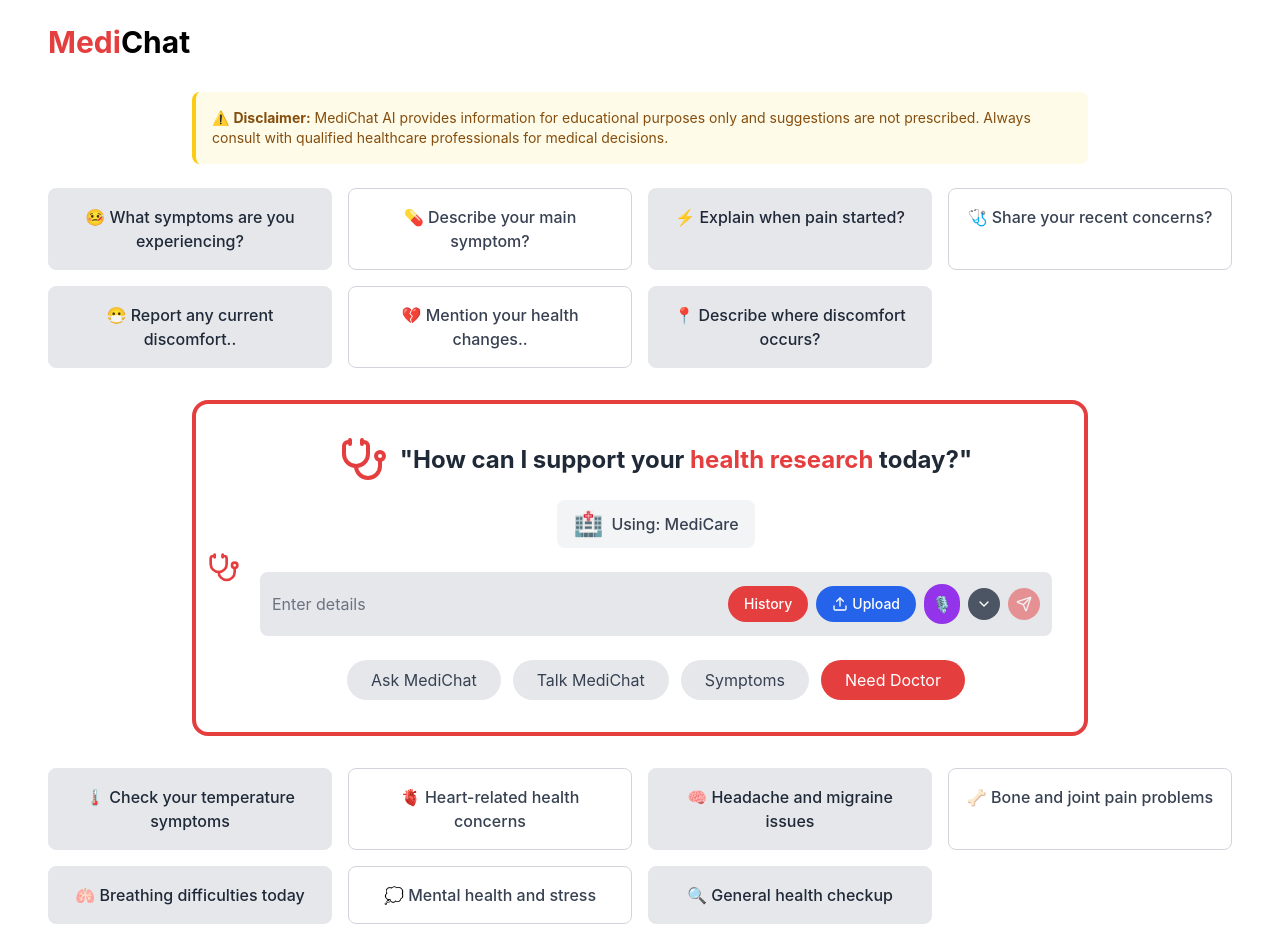
Repository: KarthikBalaji-007/telemedicine-frontend
Page: / (app in vit_v2/medichat-frontend/)
An editor plug-in stored every save of this project. The page is shown before and after the next save, followed by the edit.
The browser window is 1280 px wide. The pictures show the whole page.
The project was rebuilt for these pictures with package versions that can differ from the ones it lists, and the page was loaded fresh each time. Some packages were replaced by stand-ins written for this rebuild. Also part of the build but not shown: vit_v2/medichat-frontend/src/components/ChatInterface.jsx, vit_v2/medichat-frontend/src/components/DiagnosisResult.jsx, vit_v2/medichat-frontend/src/components/History.jsx, vit_v2/medichat-frontend/src/components/VoiceToggle.jsx, vit_v2/medichat-frontend/src/components/NeedDoctor.jsx.

Above is the page before, as saved 2025-08-14 07:54:05.

### vit_v2/medichat-frontend/src/index.css
@tailwind base;
@tailwind components;
@tailwind utilities;

* {
  margin: 0;
  padding: 0;
  box-sizing: border-box;
}

html, body {
  width: 100%;
  height: 100%;
  margin: 0;
  padding: 0;
  font-family: -apple-system, BlinkMacSystemFont, 'Segoe UI', 'Roboto', 'Oxygen',
    'Ubuntu', 'Cantarell', 'Fira Sans', 'Droid Sans', 'Helvetica Neue',
    sans-serif;
  -webkit-font-smoothing: antialiased;
  -moz-osx-font-smoothing: grayscale;
}

#root {
  width: 100%;
  height: 100%;
  margin: 0;
  padding: 0;
}

.App {
  width: 100%;
  min-height: 100vh;
  margin: 0;
  padding: 0;
}

### vit_v2/medichat-frontend/src/App.js
import React from 'react';
import { BrowserRouter as Router, Routes, Route } from 'react-router-dom';
import HomePage from './components/HomePage';
import ChatInterface from './components/ChatInterface';
import DiagnosisResult from './components/DiagnosisResult';
import History from './components/History';
import VoiceToggle from './components/VoiceToggle';
import NeedDoctor from './components/NeedDoctor';

function App() {
  return (
    <Router>
      <div className="App min-h-screen bg-gray-50">
        <Routes>
          <Route path="/" element={<HomePage />} />
          <Route path="/chat" element={<ChatInterface />} />
          <Route path="/diagnosis" element={<DiagnosisResult />} />
          <Route path="/history" element={<History />} />
          <Route path="/voice" element={<VoiceToggle />} />
          <Route path="/need-doctor" element={<NeedDoctor />} />
        </Routes>
      </div>
    </Router>
  );
}

export default App;

### vit_v2/medichat-frontend/src/components/HomePage.jsx
import React, { useState } from 'react';
import { useNavigate } from 'react-router-dom';
import { Stethoscope, Send, Upload, Plus, X, UserCheck, ChevronDown, Brain, Heart, Check } from 'lucide-react';

const HomePage = () => {
  const navigate = useNavigate();
  const [problemText, setProblemText] = useState('');
  const [showModelSelector, setShowModelSelector] = useState(false);
  const [selectedModel, setSelectedModel] = useState('MediCare');

  const symptomCards = [
    "🤒 What symptoms are you experiencing?",
    "💊 Describe your main symptom?",
    "⚡ Explain when pain started?",
    "🩺 Share your recent concerns?",
    "😷 Report any current discomfort..",
    "💔 Mention your health changes..",
    "📍 Describe where discomfort occurs?"
  ];

  const bottomCards = [
    "🌡️ Check your temperature symptoms",
    "🫀 Heart-related health concerns",
    "🧠 Headache and migraine issues",
    "🦴 Bone and joint pain problems",
    "🫁 Breathing difficulties today",
    "💭 Mental health and stress",
    "🔍 General health checkup"
  ];

  // Model options similar to ChatGPT
  const modelOptions = [
    {
      id: 'medicare',
      name: 'MediCare',
      description: 'Advanced medical diagnosis and treatment recommendations',
      icon: '🏥',
      color: 'text-blue-600',
      features: ['Medical Diagnosis', 'Treatment Plans', 'Drug Interactions', 'Emergency Care']
    },
    {
      id: 'mindcare',
      name: 'MindCare',
      description: 'Mental health support and psychological wellness',
      icon: '🧠',
      color: 'text-purple-600',
      features: ['Mental Health', 'Therapy Support', 'Stress Management', 'Wellness Tips']
    },
    {
      id: 'eldercare',
      name: 'ElderCare',
      description: 'Specialized care for seniors and elderly patients',
      icon: '👴',
      color: 'text-green-600',
      features: ['Senior Health', 'Chronic Conditions', 'Medication Management', 'Mobility Support']
    },
    {
      id: 'childcare',
      name: 'ChildCare',
      description: 'Pediatric healthcare for children and infants',
      icon: '👶',
      color: 'text-pink-600',
      features: ['Pediatric Care', 'Growth Tracking', 'Vaccination', 'Child Development']
    }
  ];

  const handleCardClick = (symptom) => {
    navigate('/chat', { state: { initialSymptom: symptom, selectedModel } });
  };

  const handleProblemSubmit = (e) => {
    e.preventDefault();
    if (problemText.trim()) {
      navigate('/chat', { state: { initialSymptom: problemText, selectedModel } });
    }
  };

  // Handle file upload functionality
  const handleFileUpload = (event) => {
    const file = event.target.files[0];
    if (file) {
      const fileType = file.type.includes('image') ? 'medical image' : 'medical report';
      const uploadMessage = `I have uploaded a ${fileType}: ${file.name}. Please analyze this file and provide medical insights.`;

      // Navigate to chat with file information
      navigate('/chat', {
        state: {
          initialSymptom: uploadMessage,
          uploadedFile: file,
          selectedModel
        }
      });
    }
  };

  const toggleModelSelector = () => {
    setShowModelSelector(!showModelSelector);
  };

  const selectModel = (modelId, modelName) => {
    setSelectedModel(modelName);
    setShowModelSelector(false);
  };

  const getCurrentModelInfo = () => {
    return modelOptions.find(model => model.name === selectedModel) || modelOptions[0];
  };

  return (
    <div className="min-h-screen bg-white">
      <div className="w-full px-4 sm:px-6 lg:px-8 xl:px-12 py-6">
        {/* Header */}
        <div className="flex items-center mb-8">
          <h1 className="text-3xl font-bold">
            <span className="text-medical-red">Medi</span>
            <span className="text-black">Chat</span>
          </h1>
        </div>

        {/* Disclaimer Banner */}
        <div className="w-full max-w-4xl mx-auto mb-6">
          <div className="bg-yellow-50 border-l-4 border-yellow-400 p-4 rounded-lg">
            <p className="text-yellow-800 text-sm">
              ⚠️ <strong>Disclaimer:</strong> MediChat AI provides information for educational purposes only and suggestions are not prescribed. Always consult with qualified healthcare professionals for medical decisions.
            </p>
          </div>
        </div>

        {/* Top Symptom Cards Grid */}
        <div className="grid grid-cols-1 md:grid-cols-2 lg:grid-cols-4 gap-4 mb-8">
          {symptomCards.map((symptom, index) => (
            <div
              key={index}
              onClick={() => handleCardClick(symptom)}
              className={`p-4 rounded-lg border cursor-pointer transition-all hover:shadow-md ${
                index % 2 === 0
                  ? 'bg-gray-200 text-gray-800'
                  : 'bg-white border-gray-300 text-gray-700'
              }`}
            >
              <p className="text-center font-medium">{symptom}</p>
            </div>
          ))}
        </div>

        {/* Center Content - With Upload Button */}
        <div className="w-full max-w-4xl mx-auto mb-8">
          <div className="relative">
            <Stethoscope className="absolute left-4 top-1/2 transform -translate-y-1/2 text-medical-red w-8 h-8 z-10" />
            <div className="border-4 border-medical-red rounded-2xl bg-white p-8 pl-16">
              {/* Center Content */}
              <div className="text-center">
                <div className="flex items-center justify-center mb-4">
                  <Stethoscope className="text-medical-red w-12 h-12 mr-3" />
                  <h2 className="text-2xl font-bold text-gray-800">
                    "How can I support your{' '}
                    <span className="text-medical-red">health research</span>{' '}
                    today?"
                  </h2>
                </div>

                {/* Model Selector Display */}
                <div className="mb-4 flex items-center justify-center">
                  <div className="bg-gray-100 rounded-lg px-4 py-2 flex items-center">
                    <span className="text-2xl mr-2">{getCurrentModelInfo().icon}</span>
                    <span className="font-medium text-gray-700">Using: {selectedModel}</span>
                  </div>
                </div>

                {/* Input Section with Model Selector */}
                <form onSubmit={handleProblemSubmit} className="mt-6">
                  <div className="flex items-center bg-gray-200 rounded-lg p-3">
                    <input
                      type="text"
                      value={problemText}
                      onChange={(e) => setProblemText(e.target.value)}
                      placeholder="Enter details"
                      className="flex-1 bg-transparent outline-none text-gray-700 placeholder-gray-500"
                    />
                    <div className="flex items-center space-x-2 ml-4">
                      <button
                        type="button"
                        onClick={() => navigate('/history')}
                        className="bg-medical-red text-white px-4 py-2 rounded-full text-sm font-medium"
                      >
                        History
                      </button>

                      {/* Upload Button */}
                      <label className="bg-blue-600 text-white px-4 py-2 rounded-full text-sm font-medium cursor-pointer hover:bg-blue-700 transition-colors flex items-center">
                        <Upload className="w-4 h-4 mr-1" />
                        Upload
                        <input
                          type="file"
                          accept="image/*,.pdf,.doc,.docx,.txt"
                          onChange={handleFileUpload}
                          className="hidden"
                        />
                      </label>

                      {/* Voice Button */}
                      <button
                        type="button"
                        onClick={() => navigate('/voice')}
                        className="bg-purple-600 text-white p-2 rounded-full hover:bg-purple-700 transition-colors"
                        title="Voice Chat"
                      >
                        🎙️
                      </button>

                      {/* MODEL SELECTOR BUTTON - ChatGPT Style */}
                      <div className="relative">
                        <button
                          type="button"
                          onClick={toggleModelSelector}
                          className="bg-gray-600 text-white p-2 rounded-full hover:bg-gray-700 transition-colors flex items-center"
                          title="Select AI Model"
                        >
                          <ChevronDown className={`w-4 h-4 transition-transform ${showModelSelector ? 'rotate-180' : ''}`} />
                        </button>

                        {/* MODEL SELECTOR DROPDOWN - ChatGPT Style */}
                        {showModelSelector && (
                          <div className="absolute bottom-full mb-2 right-0 w-80 bg-white border border-gray-200 rounded-lg shadow-xl z-50 animate-slideUp">
                            <div className="p-4 border-b border-gray-200">
                              <h3 className="font-semibold text-gray-800 flex items-center">
                                <Brain className="w-5 h-5 mr-2 text-medical-red" />
                                Choose AI Model
                              </h3>
                              <p className="text-sm text-gray-600 mt-1">Select the best AI model for your health needs</p>
                            </div>

                            <div className="max-h-96 overflow-y-auto">
                              {modelOptions.map((model) => (
                                <div
                                  key={model.id}
                                  onClick={() => selectModel(model.id, model.name)}
                                  className="p-4 hover:bg-gray-50 cursor-pointer border-b border-gray-100 last:border-b-0 transition-colors"
                                >
                                  <div className="flex items-start">
                                    <div className="text-2xl mr-3 mt-1">{model.icon}</div>
                                    <div className="flex-1">
                                      <div className="flex items-center justify-between">
                                        <h4 className={`font-semibold ${model.color}`}>{model.name}</h4>
                                        {selectedModel === model.name && (
                                          <Check className="w-5 h-5 text-green-600" />
                                        )}
                                      </div>
                                      <p className="text-sm text-gray-600 mb-2">{model.description}</p>
                                      <div className="flex flex-wrap gap-1">
                                        {model.features.map((feature, index) => (
                                          <span
                                            key={index}
                                            className="text-xs bg-gray-100 text-gray-600 px-2 py-1 rounded-full"
                                          >
                                            {feature}
                                          </span>
                                        ))}
                                      </div>
                                    </div>
                                  </div>
                                </div>
                              ))}
                            </div>
                          </div>
                        )}
                      </div>

                      <button
                        type="submit"
                        disabled={!problemText.trim()}
                        className="bg-medical-red text-white p-2 rounded-full disabled:opacity-50"
                      >
                        <Send className="w-4 h-4" />
                      </button>
                    </div>
                  </div>
                </form>

                {/* Quick Action Buttons */}
                <div className="flex flex-wrap justify-center gap-3 mt-6">
                  <button
                    onClick={() => navigate('/chat', { state: { selectedModel } })}
                    className="px-6 py-2 bg-gray-200 text-gray-700 rounded-full hover:bg-gray-300 transition-colors"
                  >
                    Ask MediChat
                  </button>
                  <button
                    onClick={() => navigate('/chat', { state: { selectedModel } })}
                    className="px-6 py-2 bg-gray-200 text-gray-700 rounded-full hover:bg-gray-300 transition-colors"
                  >
                    Talk MediChat
                  </button>
                  <button
                    onClick={() => navigate('/chat', { state: { selectedModel } })}
                    className="px-6 py-2 bg-gray-200 text-gray-700 rounded-full hover:bg-gray-300 transition-colors"
                  >
                    Symptoms
                  </button>
                  <button
                    onClick={() => navigate('/need-doctor')}
                    className="px-6 py-2 bg-medical-red text-white rounded-full hover:bg-red-600 transition-colors"
                  >
                    Need Doctor
                  </button>
                </div>
              </div>
            </div>
          </div>
        </div>

        {/* Bottom Different Cards */}
        <div className="grid grid-cols-1 md:grid-cols-2 lg:grid-cols-4 gap-4">
          {bottomCards.map((card, index) => (
            <div
              key={`bottom-${index}`}
              onClick={() => handleCardClick(card)}
              className={`p-4 rounded-lg border cursor-pointer transition-all hover:shadow-md ${
                index % 2 === 0
                  ? 'bg-gray-200 text-gray-800'
                  : 'bg-white border-gray-300 text-gray-700'
              }`}
            >
              <p className="text-center font-medium">{card}</p>
            </div>
          ))}
        </div>
      </div>

      {/* Add custom CSS for animations */}
      <style jsx>{`
        @keyframes slideUp {
          from {
            opacity: 0;
            transform: translateY(10px);
          }
          to {
            opacity: 1;
            transform: translateY(0);
          }
        }

        .animate-slideUp {
          animation: slideUp 0.2s ease-out;
        }
      `}</style>
    </div>
  );
};

export default HomePage;

### vit_v2/medichat-frontend/tailwind.config.js
/** @type {import('tailwindcss').Config} */
module.exports = {
  content: [
    "./src/**/*.{js,jsx,ts,tsx}",
  ],
  theme: {
    extend: {
      colors: {
        'medical-red': '#E53E3E',
        'medical-gray': '#F7FAFC',
      }
    },
  },
  plugins: [],
}

Loaded but not shown: vit_v2/medichat-frontend/public/index.html (common file); vit_v2/medichat-frontend/src/index.js (common file)

After the next save:
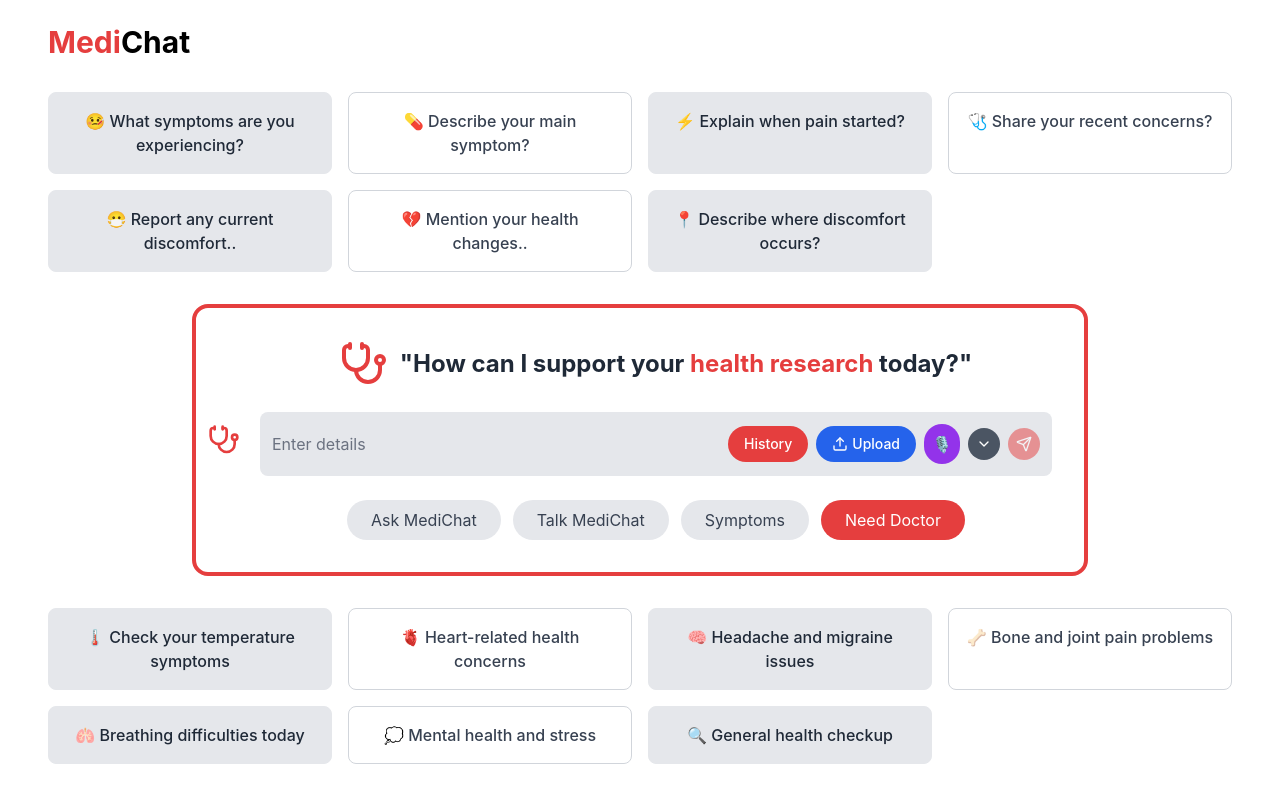
Saved 5 min 5 s later.
--- a/vit_v2/medichat-frontend/src/components/HomePage.jsx
+++ b/vit_v2/medichat-frontend/src/components/HomePage.jsx
@@ -117,15 +117,6 @@ const HomePage = () => {
           </h1>
         </div>
 
-        {/* Disclaimer Banner */}
-        <div className="w-full max-w-4xl mx-auto mb-6">
-          <div className="bg-yellow-50 border-l-4 border-yellow-400 p-4 rounded-lg">
-            <p className="text-yellow-800 text-sm">
-              ⚠️ <strong>Disclaimer:</strong> MediChat AI provides information for educational purposes only and suggestions are not prescribed. Always consult with qualified healthcare professionals for medical decisions.
-            </p>
-          </div>
-        </div>
-
         {/* Top Symptom Cards Grid */}
         <div className="grid grid-cols-1 md:grid-cols-2 lg:grid-cols-4 gap-4 mb-8">
           {symptomCards.map((symptom, index) => (
@@ -157,14 +148,6 @@ const HomePage = () => {
                     <span className="text-medical-red">health research</span>{' '}
                     today?"
                   </h2>
-                </div>
-
-                {/* Model Selector Display */}
-                <div className="mb-4 flex items-center justify-center">
-                  <div className="bg-gray-100 rounded-lg px-4 py-2 flex items-center">
-                    <span className="text-2xl mr-2">{getCurrentModelInfo().icon}</span>
-                    <span className="font-medium text-gray-700">Using: {selectedModel}</span>
-                  </div>
                 </div>
 
                 {/* Input Section with Model Selector */}
